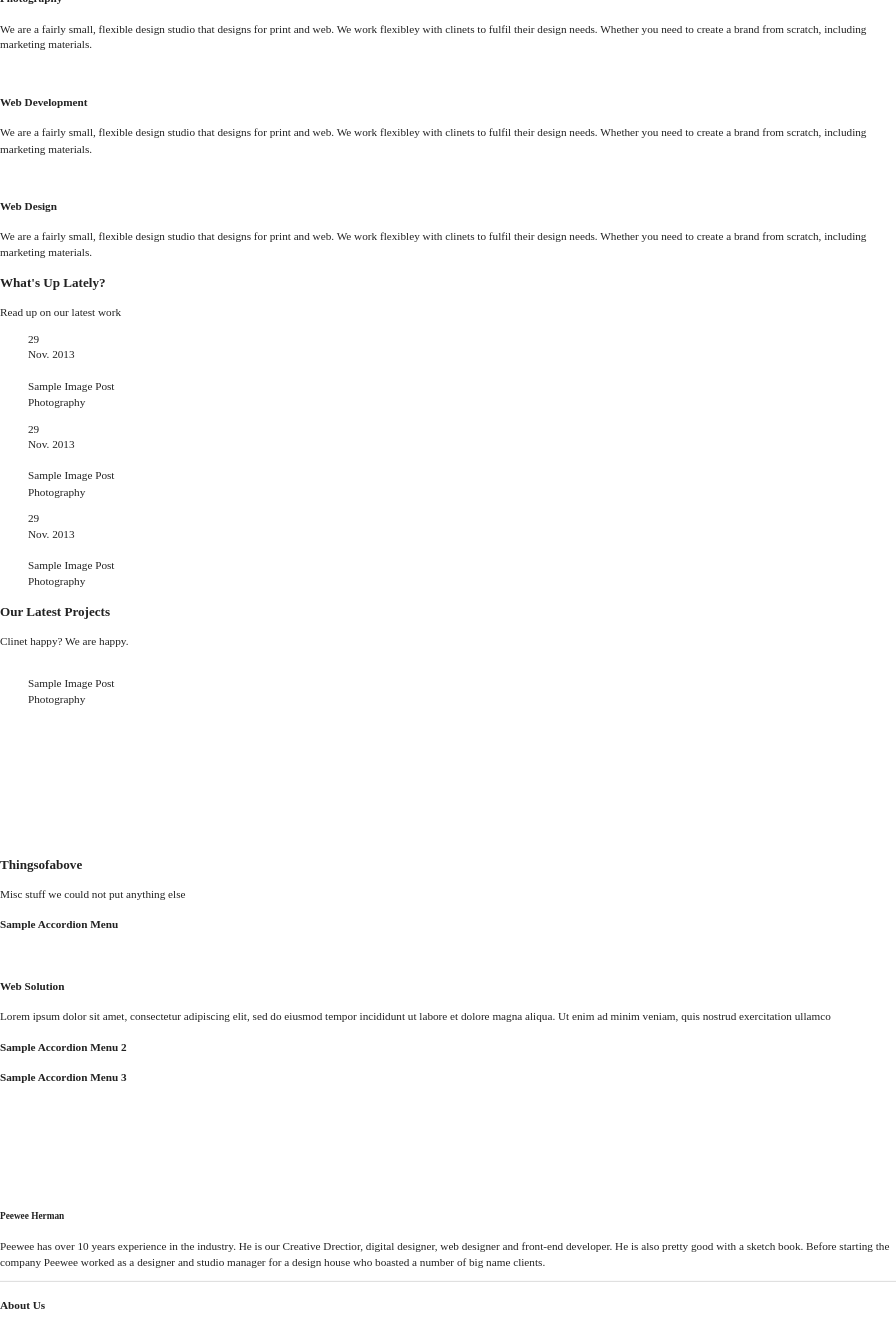
Repository: claudiashin/metrolics
Page: index.html
These files come from the project's save history. The page is drawn as it stood at one moment and after a run of saves; the edit follows.
The browser window is 1280 px wide. The pictures show the part of the page from y = 1097 to 3017 px (the page is 2994 px tall before and 3017 px after), at 70% of full size.

Above is the page before, as saved 2021-01-27 16:28:09.

### index.html
<!doctype html>
<html class="no-js" lang="EN">

<head>
  <meta charset="utf-8">
  <title>MDIA 2003 Lab 3</title>
  <meta name="description" content="">
  <meta name="viewport" content="width=device-width, initial-scale=1">

  <link rel="manifest" href="site.webmanifest">
  <link rel="apple-touch-icon" href="icon.png">
  <!-- Place favicon.ico in the root directory -->

  <link rel="stylesheet" href="css/normalize.css">
  <link rel="stylesheet" href="css/main.css">
</head>

<body>
  <header class="page_header">
    <div class="logo">
      <div><h1>Metrolics</h1></div>
      <div class="logoimg"><img src=""></div>
    </div>
  </header>

  <nav class="page_nav">
    <div class="nav_container">
      <div class="nav_icon">
        <div><img src=""></div>
        <p>Home</p>
      </div>
      <div class="nav_icon">
        <div><img src=""></div>
        <p>Pages</p>
      </div><div class="nav_icon">
        <div><img src=""></div>
        <p>Blog</p>
      </div><div class="nav_icon">
        <div><img src=""></div>
        <p>Portfolio</p>
      </div><div class="nav_icon">
        <div><img src=""></div>
        <p>Home</p>
      </div>
    </div>
  </nav>

  <section class="main_container">
    <div class="hero_img">
      <img src="">
    </div>
    <div class="">
      <h2>Metro Style</h2>
      <h2>Retina Ready</h2>
      <h2>Responsive Design</h2>
    </div>
  </section>

  <section class="main_container">
    <div>
      <h1>Hey Guys! This is the <span class="textcol">Metrolics</span> theme.<br>It sports a responsive layout with a mobile layout.</h1>
    </div>
  </section>

  <section class="main_container">
    <div class="container">
      <h3>Things That We Do</h3>
      <p>Ask us what we can do for you</p>
    </div>
    <div class="container">
      <div class="container_feature">
        <div class="feature_img">
          <img src="">
        </div>
        <div><h4>Web Solutions</h4></div>
        <div><p>We are a fairly small, flexible design studio that designs for print
          and web. We work flexibley with clinets to fulfil their design needs. Whether
          you need to create a brand from scratch, including marketing materials.
        </p></div>
      </div>
    </div>
    <div class="container">
      <div class="container_feature">
        <div class="feature_img">
          <img src="">
        </div>
        <div><h4>Photography</h4></div>
        <div><p>We are a fairly small, flexible design studio that designs for print
          and web. We work flexibley with clinets to fulfil their design needs. Whether
          you need to create a brand from scratch, including marketing materials.
        </p></div>
      </div>
    </div><div class="container">
      <div class="container_feature">
        <div class="feature_img">
          <img src="">
        </div>
        <div><h4>Web Development</h4></div>
        <div><p>We are a fairly small, flexible design studio that designs for print
          and web. We work flexibley with clinets to fulfil their design needs. Whether
          you need to create a brand from scratch, including marketing materials.
        </p></div>
      </div>
    </div><div class="container">
      <div class="container_feature">
        <div class="feature_img">
          <img src="">
        </div>
        <div><h4>Web Design</h4></div>
        <div><p>We are a fairly small, flexible design studio that designs for print
          and web. We work flexibley with clinets to fulfil their design needs. Whether
          you need to create a brand from scratch, including marketing materials.
        </p></div>
      </div>
    </div>
  </section>

  <section class="main_container">
    <div class="container">
      <h3>What's Up Lately?</h3>
      <p>Read up on our latest work</p>
    </div>
    <div class="container">
      <figure>
        <figcaption>29 <br> Nov. 2013</figcaption>
        <img src="" value="">
        <figcaption>Sample Image Post <br> Photography</figcaption>
      </figure>
    </div>
    <div class="container">
      <figure>
        <figcaption>29 <br> Nov. 2013</figcaption>
        <img src="" value="">
        <figcaption>Sample Image Post <br> Photography</figcaption>
      </figure>
    </div>
    <div class="container">
      <figure>
        <figcaption>29 <br> Nov. 2013</figcaption>
        <img src="" value="">
        <figcaption>Sample Image Post <br> Photography</figcaption>
      </figure>
    </div>
  </section>

  <section class="main_container">
    <div class="container">
      <h3>Our Latest Projects </h3>
      <p>Clinet happy? We are happy.</p>
    </div>
    <div class="container">
      <figure>
        <img src="" value="">
        <figcaption>Sample Image Post <br> Photography</figcaption>
      </figure>
    </div>
    <div class="container">
      <figure>
        <img src="" value="">
      </figure>
    </div>
    <div class="container">
      <figure>
        <img src="" value="">
      </figure>
    </div>
    <div class="container">
      <figure>
        <img src="" value="">
      </figure>
    </div>
    <div class="container">
      <figure>
        <img src="" value="">
      </figure>
    </div>
    <div class="container">
      <figure>
        <img src="" value="">
      </figure>
    </div>
  </section>

  <section class="main_container">
    <div class="container">
      <h3>Thingsofabove </h3>
      <p>Misc stuff we could not put anything else</p>
    </div>

    <div class="container">
      <div class="items">
        <h4>Sample Accordion Menu</h4>
      </div>
      <div class="items">
        <div class="items_contents">
          <img src="">
        </div>
        <div class="itmes_contents">
          <h4>Web Solution</h4>
          <p>Lorem ipsum dolor sit amet, consectetur adipiscing elit, sed do eiusmod tempor incididunt
            ut labore et dolore magna aliqua. Ut enim ad minim veniam, quis nostrud exercitation ullamco</p>
        </div>
      </div>
      <div class="items">
        <h4>Sample Accordion Menu 2</h4>
      </div>
      <div class="items">
        <h4>Sample Accordion Menu 3</h4>
      </div>
    </div>

    <div class="container">

    </div>

  </section>

  <section class="main_container">
    <div class="logo_img">
      <img src="">
    </div>
    <div class="logo_img">
      <img src="">
    </div>
    <div class="logo_img">
      <img src="">
    </div>
    <div class="logo_img">
      <img src="">
    </div>
    <div class="logo_img">
      <img src="">
    </div>
  </section>

  <footer>
    <section class="footer_container">
      <div class="avartar">
        <div class="avrtar_img"><img src=""></div>
        <div>
          <h5>Peewee Herman</h5>
          <p>Peewee has over 10 years experience in the industry. He is our Creative Drectior,
            digital designer, web designer and front-end developer. He is also pretty good with a
            sketch book. Before starting the company Peewee worked as a designer and studio manager
            for a design house who boasted a number of big name clients.
          </p>
        </div>
      </div>
    </section>

    <div><hr></div>

    <section class="footer_contaier">
      <div class="info">
        <div class="info_title"><h4>About Us</h4></div>
        <div class="infor_contents"></div>
      </div>
      <div class="info">

      </div>
      <div class="info">

      </div>
      <div class="info">

      </div>

    </section>
  </footer>
</body>

</html>

### css/main.css
/*! HTML5 Boilerplate v8.0.0 | MIT License | https://html5boilerplate.com/ */

/* main.css 2.1.0 | MIT License | https://github.com/h5bp/main.css#readme */
/*
 * What follows is the result of much research on cross-browser styling.
 * Credit left inline and big thanks to Nicolas Gallagher, Jonathan Neal,
 * Kroc Camen, and the H5BP dev community and team.
 */

/* ==========================================================================
   Base styles: opinionated defaults
   ========================================================================== */

html {
  color: #222;
  font-size: 1em;
  line-height: 1.4;
}

/*
 * Remove text-shadow in selection highlight:
 * https://twitter.com/miketaylr/status/12228805301
 *
 * Vendor-prefixed and regular ::selection selectors cannot be combined:
 * https://stackoverflow.com/a/16982510/7133471
 *
 * Customize the background color to match your design.
 */

::-moz-selection {
  background: #b3d4fc;
  text-shadow: none;
}

::selection {
  background: #b3d4fc;
  text-shadow: none;
}

/*
 * A better looking default horizontal rule
 */

hr {
  display: block;
  height: 1px;
  border: 0;
  border-top: 1px solid #ccc;
  margin: 1em 0;
  padding: 0;
}

/*
 * Remove the gap between audio, canvas, iframes,
 * images, videos and the bottom of their containers:
 * https://github.com/h5bp/html5-boilerplate/issues/440
 */

audio,
canvas,
iframe,
img,
svg,
video {
  vertical-align: middle;
}

/*
 * Remove default fieldset styles.
 */

fieldset {
  border: 0;
  margin: 0;
  padding: 0;
}

/*
 * Allow only vertical resizing of textareas.
 */

textarea {
  resize: vertical;
}

/* ==========================================================================
   Author's custom styles
   ========================================================================== */

/* ==========================================================================
   Helper classes
   ========================================================================== */

/*
 * Hide visually and from screen readers
 */

.hidden,
[hidden] {
  display: none !important;
}

/*
 * Hide only visually, but have it available for screen readers:
 * https://snook.ca/archives/html_and_css/hiding-content-for-accessibility
 *
 * 1. For long content, line feeds are not interpreted as spaces and small width
 *    causes content to wrap 1 word per line:
 *    https://medium.com/@jessebeach/beware-smushed-off-screen-accessible-text-5952a4c2cbfe
 */

.sr-only {
  border: 0;
  clip: rect(0, 0, 0, 0);
  height: 1px;
  margin: -1px;
  overflow: hidden;
  padding: 0;
  position: absolute;
  white-space: nowrap;
  width: 1px;
  /* 1 */
}

/*
 * Extends the .sr-only class to allow the element
 * to be focusable when navigated to via the keyboard:
 * https://www.drupal.org/node/897638
 */

.sr-only.focusable:active,
.sr-only.focusable:focus {
  clip: auto;
  height: auto;
  margin: 0;
  overflow: visible;
  position: static;
  white-space: inherit;
  width: auto;
}

/*
 * Hide visually and from screen readers, but maintain layout
 */

.invisible {
  visibility: hidden;
}

/*
 * Clearfix: contain floats
 *
 * For modern browsers
 * 1. The space content is one way to avoid an Opera bug when the
 *    `contenteditable` attribute is included anywhere else in the document.
 *    Otherwise it causes space to appear at the top and bottom of elements
 *    that receive the `clearfix` class.
 * 2. The use of `table` rather than `block` is only necessary if using
 *    `:before` to contain the top-margins of child elements.
 */

.clearfix::before,
.clearfix::after {
  content: " ";
  display: table;
}

.clearfix::after {
  clear: both;
}

/* ==========================================================================
   EXAMPLE Media Queries for Responsive Design.
   These examples override the primary ('mobile first') styles.
   Modify as content requires.
   ========================================================================== */

@media only screen and (min-width: 35em) {
  /* Style adjustments for viewports that meet the condition */
}

@media print,
  (-webkit-min-device-pixel-ratio: 1.25),
  (min-resolution: 1.25dppx),
  (min-resolution: 120dpi) {
  /* Style adjustments for high resolution devices */
}

/* ==========================================================================
   Print styles.
   Inlined to avoid the additional HTTP request:
   https://www.phpied.com/delay-loading-your-print-css/
   ========================================================================== */

@media print {
  *,
  *::before,
  *::after {
    background: #fff !important;
    color: #000 !important;
    /* Black prints faster */
    box-shadow: none !important;
    text-shadow: none !important;
  }

  a,
  a:visited {
    text-decoration: underline;
  }

  a[href]::after {
    content: " (" attr(href) ")";
  }

  abbr[title]::after {
    content: " (" attr(title) ")";
  }

  /*
   * Don't show links that are fragment identifiers,
   * or use the `javascript:` pseudo protocol
   */
  a[href^="#"]::after,
  a[href^="javascript:"]::after {
    content: "";
  }

  pre {
    white-space: pre-wrap !important;
  }

  pre,
  blockquote {
    border: 1px solid #999;
    page-break-inside: avoid;
  }

  /*
   * Printing Tables:
   * https://web.archive.org/web/20180815150934/http://css-discuss.incutio.com/wiki/Printing_Tables
   */
  thead {
    display: table-header-group;
  }

  tr,
  img {
    page-break-inside: avoid;
  }

  p,
  h2,
  h3 {
    orphans: 3;
    widows: 3;
  }

  h2,
  h3 {
    page-break-after: avoid;
  }
}

Loaded but not shown: css/normalize.css (library)

After the next 2 saves:
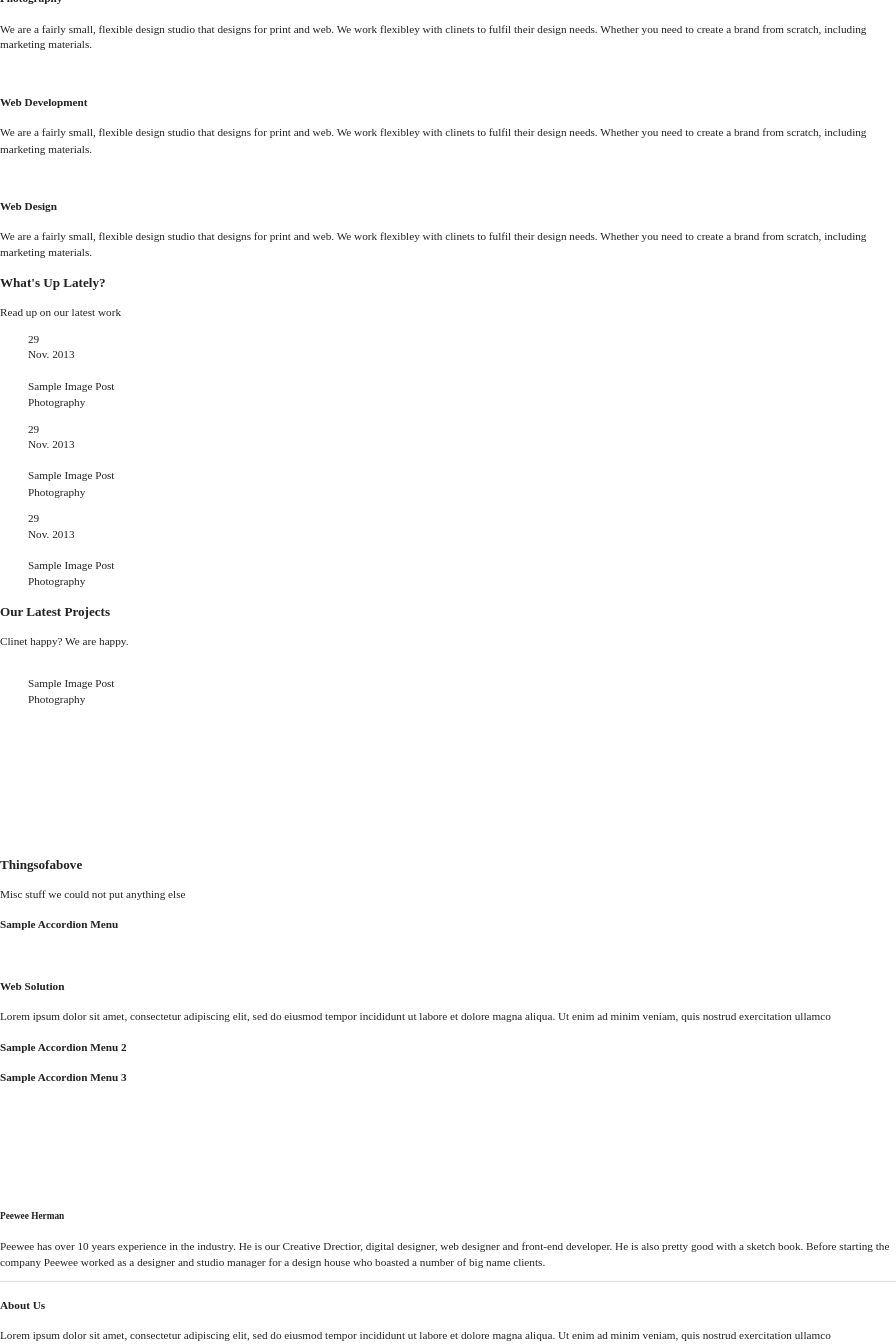
The 2 saves are shown as one change because they came seconds apart.
The last was saved 28 s later.
--- a/index.html
+++ b/index.html
@@ -253,7 +253,8 @@
     <section class="footer_contaier">
       <div class="info">
         <div class="info_title"><h4>About Us</h4></div>
-        <div class="infor_contents"></div>
+        <div class="info_contents">Lorem ipsum dolor sit amet, consectetur adipiscing elit, sed do eiusmod tempor incididunt
+          ut labore et dolore magna aliqua. Ut enim ad minim veniam, quis nostrud exercitation ullamco</div>
       </div>
       <div class="info">
 
